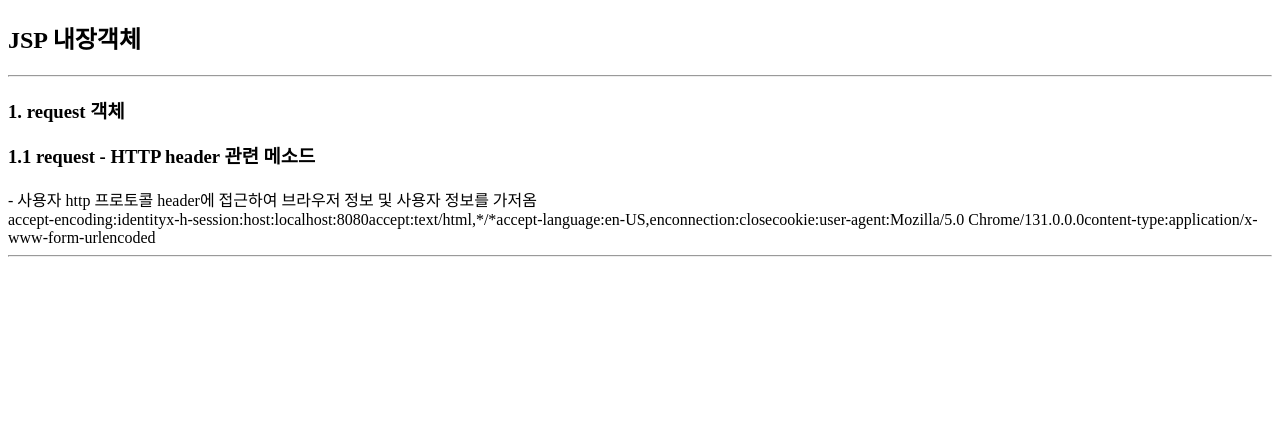
Repository: pcc767/khSchool
Page: http://localhost/04_JSP/views/objects/index.jsp
The author's editor kept a copy of each file at every save. The page is drawn from the files as they stood at one save, then again after the next save.
The browser window is 1280 px wide. The pictures show the whole page.
The page is served by Tomcat 9.

Above is the page before, as saved 2022-07-14 06:58:24.

After the next save:
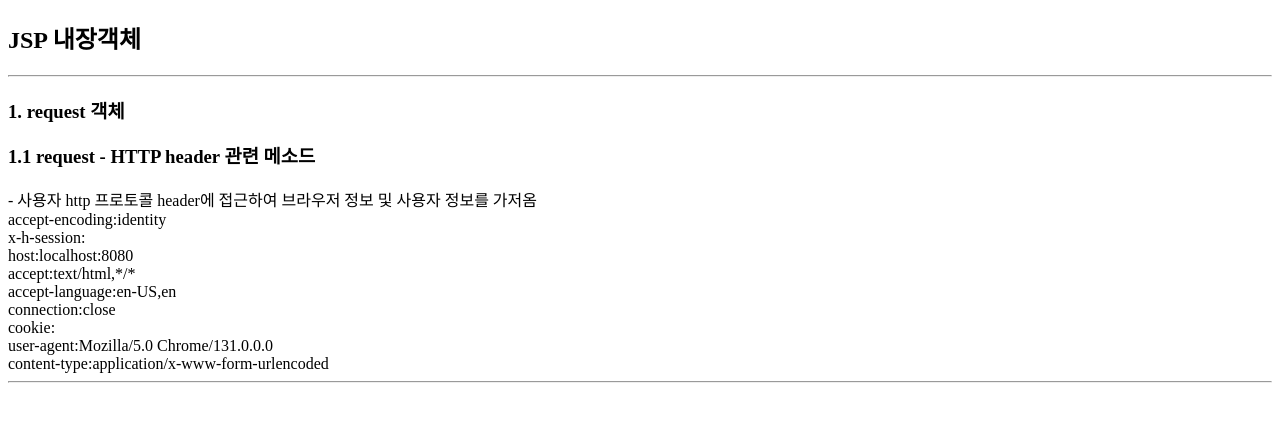
Saved 47 s later.
--- a/dev-source_Servlet/04_JSP/src/main/webapp/views/objects/index.jsp
+++ b/dev-source_Servlet/04_JSP/src/main/webapp/views/objects/index.jsp
@@ -21,7 +21,7 @@
 
 		while(names.hasMoreElements()){
 			String name = names.nextElement();
-			out.append(name + ":" + request.getHeader(name));
+			out.append(name + ":" + request.getHeader(name)+"<br>");
 		}
 	%>
 	<hr><br>
